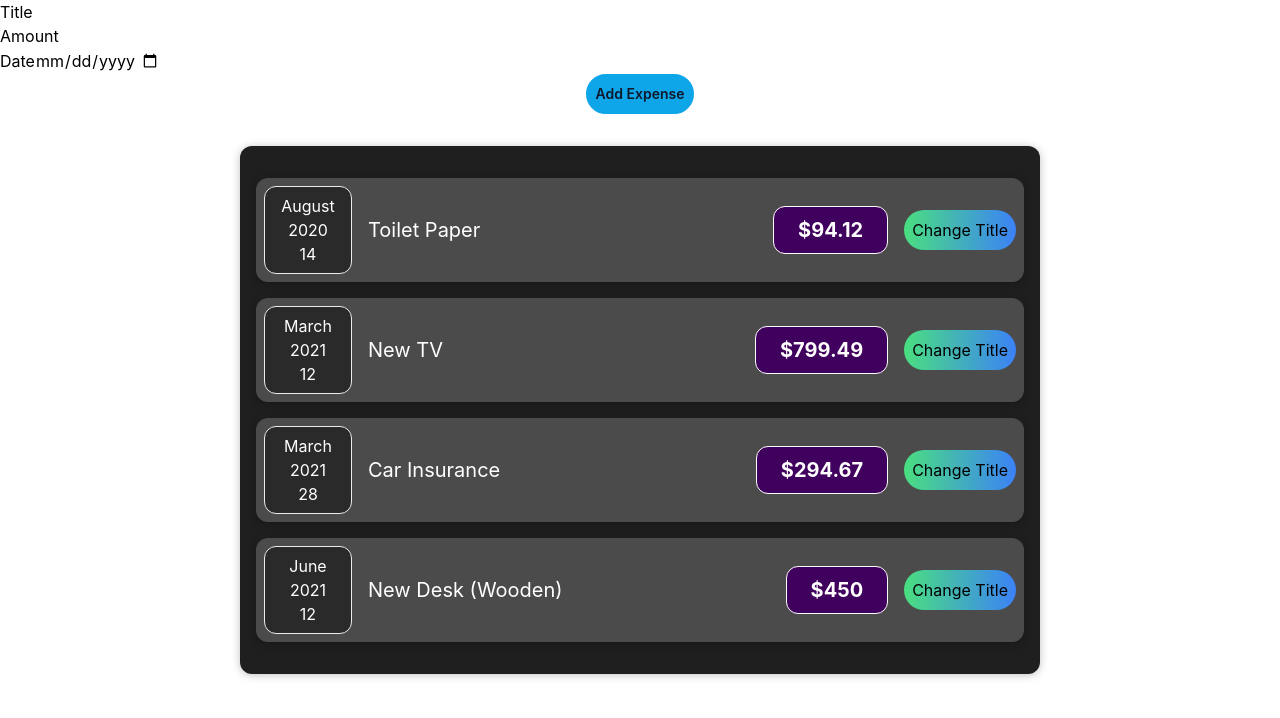
Repository: Sef24/expense-tracker
Page: /
The author's editor kept a copy of each file at every save. The page is drawn from the files as they stood at one save, then again after a run of saves.
The browser window is 1280 px wide. The pictures show the whole page.
The project was rebuilt for these pictures with package versions that can differ from the ones it lists, and the page was loaded fresh each time. Also part of the build but not shown: src/components/NewExpense/NewExpense.css, src/components/NewExpense/ExpenseForm.css.

Above is the page before, as saved 2022-04-24 15:58:58.

### public/index.html
<!DOCTYPE html>
<html lang="en">
  <head>
    <meta charset="utf-8" />
    <link rel="icon" href="%PUBLIC_URL%/favicon.ico" />
    <meta name="viewport" content="width=device-width, initial-scale=1" />

    <meta
      name="description"
      content="Web site created using create-react-app"
    />
    <link rel="apple-touch-icon" href="%PUBLIC_URL%/logo192.png" />
    <!--
      manifest.json provides metadata used when your web app is installed on a
      user's mobile device or desktop. See https://developers.google.com/web/fundamentals/web-app-manifest/
    -->
    <link rel="manifest" href="%PUBLIC_URL%/manifest.json" />
    <!--
      Notice the use of %PUBLIC_URL% in the tags above.
      It will be replaced with the URL of the `public` folder during the build.
      Only files inside the `public` folder can be referenced from the HTML.

      Unlike "/favicon.ico" or "favicon.ico", "%PUBLIC_URL%/favicon.ico" will
      work correctly both with client-side routing and a non-root public URL.
      Learn how to configure a non-root public URL by running `npm run build`.
    -->
    <title>React App</title>
  </head>
  <body>
    <noscript>You need to enable JavaScript to run this app.</noscript>
    <div id="root"></div>
    <!--
      This HTML file is a template.
      If you open it directly in the browser, you will see an empty page.

      You can add webfonts, meta tags, or analytics to this file.
      The build step will place the bundled scripts into the <body> tag.

      To begin the development, run `npm start` or `yarn start`.
      To create a production bundle, use `npm run build` or `yarn build`.
    -->
  </body>
</html>

### src/App.js
import Expenses from "./components/Expenses";
import NewExpense from "./components/NewExpense/NewExpense";

function App() {
  const expenses = [
    {
      id: "e1",
      title: "Toilet Paper",
      amount: 94.12,
      date: new Date(2020, 7, 14),
    },
    { id: "e2", title: "New TV", amount: 799.49, date: new Date(2021, 2, 12) },
    {
      id: "e3",
      title: "Car Insurance",
      amount: 294.67,
      date: new Date(2021, 2, 28),
    },
    {
      id: "e4",
      title: "New Desk (Wooden)",
      amount: 450,
      date: new Date(2021, 5, 12),
    },
  ];
  return (
    <div>
      <NewExpense />
      <Expenses items={expenses} />
    </div>
  );
}

export default App;

### src/components/Expenses.js
import React from "react";
import ExpenseItem from "./ExpenseItem";
import "./Expenses.css";

function Expenses(props) {
  <h1 className=""> Hello</h1>;
  return (
    <div className="expenses">
      <ExpenseItem
        title={props.items[0].title}
        amount={props.items[0].amount}
        date={props.items[0].date}
      />

      <ExpenseItem
        title={props.items[1].title}
        amount={props.items[1].amount}
        date={props.items[1].date}
      />
      <ExpenseItem
        title={props.items[2].title}
        amount={props.items[2].amount}
        date={props.items[2].date}
      />
      <ExpenseItem
        title={props.items[3].title}
        amount={props.items[3].amount}
        date={props.items[3].date}
      />
    </div>
  );
}

export default Expenses;

### src/components/NewExpense/NewExpense.js
import React from "react";
import "./NewExpense.css";
import ExpenseForm from "./ExpenseForm";

function NewExpense() {
  return (
    <div>
      <ExpenseForm onSaveExpenseData />
    </div>
  );
}

export default NewExpense;

### src/components/ExpenseItem.js
import React, { useState } from "react";
import "./ExpenseItem.css";
import ExpenseDate from "./ExpenseDate";

function ExpenseItem(props) {
  const [title, setTitle] = useState(props.title);

  const clickHandler = () => {
    setTitle("Updated");
    console.log(title);
  };

  return (
    <div className="expense-item ">
      <ExpenseDate date={props.date} />

      <div className="expense-item__description">
        <h2>{props.title}</h2>

        <div className="expense-item__price">${props.amount}</div>
      </div>
      <button
        className="p-2 ml-4 border-transparent rounded-full border-0
        bg-gradient-to-r from-green-400 to-blue-500
        hover:from-pink-500 hover:to-yellow-500 ...
        active:opacity-75"
        onClick={clickHandler}
      >
        Change Title
      </button>
    </div>
  );
}

export default ExpenseItem;

### src/components/NewExpense/ExpenseForm.js
import React, { useState } from "react";
import "./ExpenseForm.css";

function ExpenseForm() {
  const [enteredTitle, setEnteredTitle] = useState("");
  const [enteredAmount, setEnteredAmount] = useState("");
  const [enteredDate, setEnteredDate] = useState("");

  const titleChangeHandler = (event) => {
    setEnteredTitle(event.target.value);
  };

  const amountChangeHandler = (event) => {
    setEnteredAmount(event.target.value);
  };

  const dateChangeHandler = (event) => {
    setEnteredDate(event.target.value);
  };

  const submitExpenseHandler = (event) => {
    event.preventDefault();

    const expenseData = {
      title: enteredTitle,
      amount: enteredAmount,
      date: enteredDate,
    };
    console.log(expenseData);
    setEnteredTitle("");
    setEnteredAmount("");
    setEnteredDate("");
  };
  return (
    <form onSubmit={submitExpenseHandler}>
      <div>
        <div>
          <label>Title</label>
          <input
            type="text"
            value={enteredTitle}
            onChange={titleChangeHandler}
          />
        </div>

        <div>
          <label>Amount</label>
          <input
            type="number"
            value={enteredAmount}
            min="0.01"
            step="0.01"
            onChange={amountChangeHandler}
          />
        </div>

        <div>
          <label>Date</label>
          <input
            type="date"
            value={enteredDate}
            min="2019-01-01"
            max="2022-12-31"
            onChange={dateChangeHandler}
          />
        </div>
      </div>

      <div className="grid justify-items-center">
        <button
          className="text-sm text-slate-900 font-semibold border-solid border-2 border-sky-500 rounded-full p-2
           bg-sky-500 hover:bg-sky-600"
          type="submit"
        >
          Add Expense
        </button>
      </div>
    </form>
  );
}

export default ExpenseForm;

### src/components/ExpenseItem.css
.expense-item {
  display: flex;
  justify-content: space-between;
  align-items: center;
  box-shadow: 0 2px 8px rgba(0, 0, 0, 0.25);
  padding: 0.5rem;
  margin: 1rem 0;
  border-radius: 12px;
  background-color: #4b4b4b;
}

.expense-item__description {
  display: flex;
  flex-direction: column;
  gap: 1rem;
  align-items: flex-end;
  flex-flow: column-reverse;
  justify-content: flex-start;
  flex: 1;
}

.expense-item h2 {
  color: #3a3a3a;
  font-size: 1rem;
  flex: 1;
  margin: 0 1rem;
  color: white;
}

.expense-item__price {
  font-size: 1rem;
  font-weight: bold;
  color: white;
  background-color: #40005d;
  border: 1px solid white;
  padding: 0.5rem;
  border-radius: 12px;
}

@media (min-width: 580px) {
  .expense-item__description {
    flex-direction: row;
    align-items: center;
    justify-content: flex-start;
    flex: 1;
  }

  .expense-item__description h2 {
    font-size: 1.25rem;
  }

  .expense-item__price {
    font-size: 1.25rem;
    padding: 0.5rem 1.5rem;
  }
}

### src/components/ExpenseDate.js
import React from "react";
import "./ExpenseDate.css";

function ExpenseDate(props) {
  const month = props.date.toLocaleString("en-US", { month: "long" });
  const day = props.date.getDate();
  const year = props.date.getFullYear();

  return (
    <div className="expense-date">
      <div className="expense__month">{month}</div>
      <div className="expense__year">{year}</div>
      <div className="expense__day">{day}</div>
    </div>
  );
}

export default ExpenseDate;

Loaded but not shown: src/index.js (common file); src/index.css (common file); src/components/Expenses.css (common file); src/components/ExpenseDate.css (common file); tailwind.config.js (common file)

After the next 3 saves:
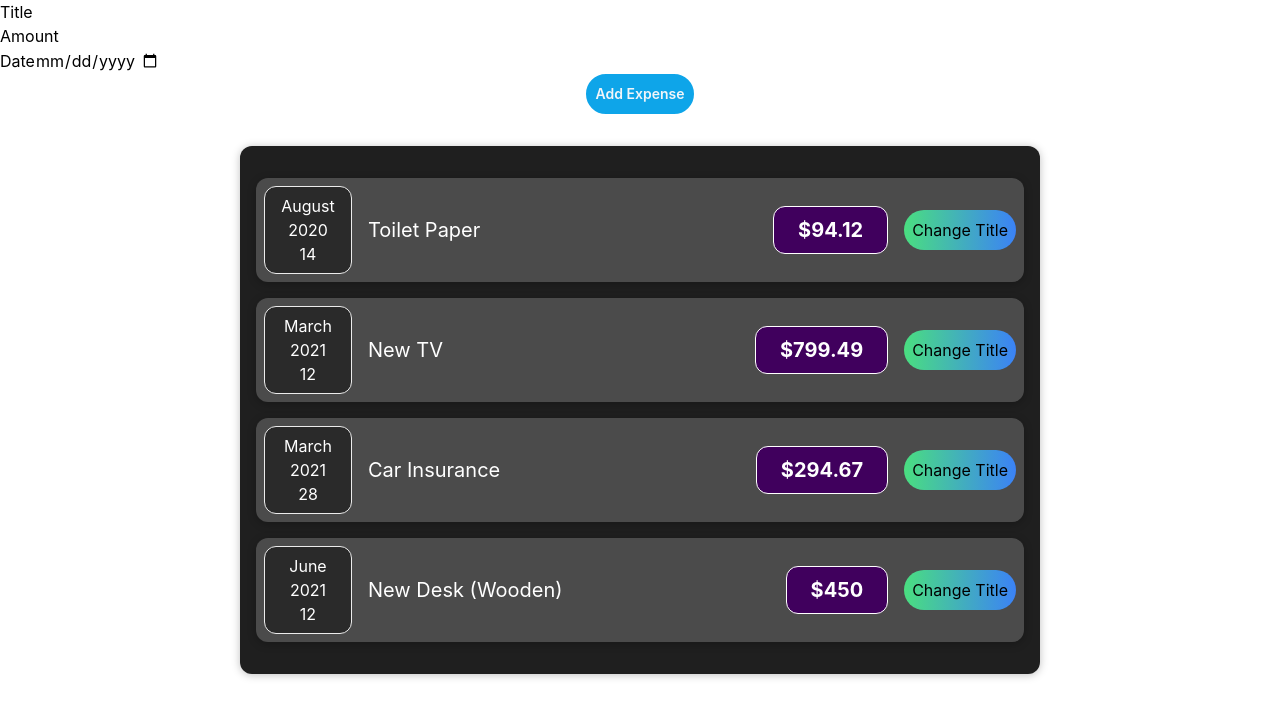
The 3 saves are shown as one change because they came seconds apart.
The last was saved 15 s later.
--- a/src/components/NewExpense/ExpenseForm.js
+++ b/src/components/NewExpense/ExpenseForm.js
@@ -68,7 +68,7 @@ function ExpenseForm() {
 
       <div className="grid justify-items-center">
         <button
-          className="text-sm text-slate-900 font-semibold border-solid border-2 border-sky-500 rounded-full p-2
+          className="text-sm text-slate-100 font-semibold border-solid border-2 border-sky-500 rounded-full p-2
            bg-sky-500 hover:bg-sky-600"
           type="submit"
         >
